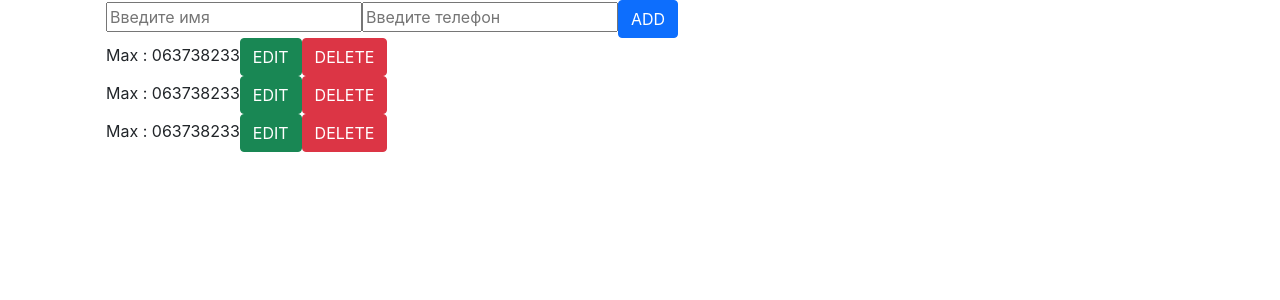
Repository: tsydikov/phone_book
Page: /
The author's editor kept a copy of each file at every save. The page is drawn from the files as they stood at one save, then again after the next save.
The browser window is 1280 px wide. The pictures show the whole page.
The project was rebuilt for these pictures with package versions that can differ from the ones it lists, and the page was loaded fresh each time. Also part of the build but not shown: src/App.css.

Above is the page before, as saved 2021-10-07 20:50:48.

### public/index.html
<!DOCTYPE html>
<html lang="en">
  <head>
    <meta charset="utf-8" />
    <meta name="viewport" content="width=device-width, initial-scale=1" />
    <meta name="theme-color" content="#000000" />
    <link
      rel="stylesheet"
      href="https://cdn.jsdelivr.net/npm/bootstrap@5.1.1/dist/css/bootstrap.min.css"
      integrity="sha384-F3w7mX95PdgyTmZZMECAngseQB83DfGTowi0iMjiWaeVhAn4FJkqJByhZMI3AhiU"
      crossorigin="anonymous"
    />
    <title>Briz test</title>
  </head>
  <body>
    <noscript>You need to enable JavaScript to run this app.</noscript>
    <div id="root"></div>
  </body>
</html>

### src/index.js
import React from "react";
import ReactDOM from "react-dom";
import "./index.css";
import App from "./App";
import { Provider } from "react-redux";
import { store } from "./store/reducer";



ReactDOM.render(
  <Provider store={store}>
    <App />
  </Provider>,
  document.getElementById("root")
);

### src/App.js
import React from "react";
import { Button, Col, Container, Row } from "react-bootstrap";
import { useDispatch, useSelector } from "react-redux";
import "./App.css";
import Form from "./components/Form";
import PhoneList from "./components/PhoneList";

function App() {
  const disatch = useDispatch();
  const phoneBook = useSelector((state) => state.phoneBook);
  return (
    <Container>
      <Row>
        <Col>
          <Form />
        </Col>
      </Row>
      <Row>
        <Col>
          <PhoneList />
        </Col>
      </Row>
    </Container>
  );
}

export default App;

### src/store/reducer.js
import { createStore } from "redux";
import { CREATE, DELETE, UPDATE } from "./types";

const defaultState = {
  phoneBook: [
    { id: 1, name: "Max", phoneNamber: "063738233" },
    { id: 2, name: "Max", phoneNamber: "063738233" },
    { id: 3, name: "Max", phoneNamber: "063738233" },
  ],
};

const reducer = (state = defaultState, action) => {
  switch (action.type) {
    case CREATE:
      return { ...state, phoneBook: [...state.phoneBook, action.payload] };
    case DELETE:
      return {
        ...state,
        phoneBook: state.phoneBook.filter(
          (phone) => phone.id !== action.payload
        ),
      };
    case UPDATE:
      return state;
    default:
      return state;
  }
};

export const store = createStore(reducer);

### src/components/Form.jsx
import React, { useState } from "react";
import { Button, Container } from "react-bootstrap";
import { useDispatch } from "react-redux";
import { addItem } from "../store/actions";

const Form = () => {
  const [name, setName] = useState("");
  const [phone, setPhone] = useState("");
  const dispatch = useDispatch();
  const addNewPhoneBookItem = () => {
    const newItem = {
      id: Date.now(),
      name: name,
      phoneNamber: phone,
    };
    if (name && phone) {
      dispatch(addItem(newItem));
      setName("");
      setPhone("");
    } else alert('поле имя и телефон должно быть заполнено')
  };
  return (
    <Container>
      <input
      type="text"
        value={name}
        placeholder="Введите имя"
        onChange={(e) => setName(e.target.value)}
      />
      <input
      type="number"
        value={phone}
        placeholder="Введите телефон"
        onChange={(e) => setPhone(e.target.value)}
      />
      <Button onClick={addNewPhoneBookItem}>ADD</Button>
    </Container>
  );
};

export default Form;

### src/components/PhoneList.jsx
import React from 'react';
import { useSelector } from 'react-redux';
import PhoneItem from './PhoneItem';

const PhoneList = () => {
    const phoneBook = useSelector((state) => state.phoneBook);
    return (
        <div>
            {phoneBook.map(phone =>
                <PhoneItem key={phone.id} phone={phone} />
            )}

        </div>
    );
};

export default PhoneList;

### src/store/types.js
export const CREATE = "CREATE";
export const UPDATE = "UPDATE";
export const DELETE = "DELETE";

### src/store/actions.js
import { CREATE, DELETE, UPDATE } from "./types";

export const addItem = (item) => ({ type: CREATE, payload: item });
export const deleteItem = (id) => ({ type: DELETE, payload: id });
export const updateItem = (item) => ({ type: UPDATE, payload: item });

### src/components/PhoneItem.jsx
import React from "react";
import { Button, Col, Container, Row } from "react-bootstrap";
import { useDispatch } from "react-redux";
import { deleteItem } from "../store/actions";

const PhoneItem = ({ phone }) => {
  const dispatch = useDispatch();
  const deletePhoneBookItem = () => {
    dispatch(deleteItem(phone.id));
  };
//   const editPhoneBookItem
  return (
    <Container>
      <Row>
        <Col>
          {phone.name} : {phone.phoneNamber}
          <Button variant="success">
            EDIT
          </Button>
          <Button variant="danger" onClick={deletePhoneBookItem}>
            DELETE
          </Button>
        </Col>
      </Row>
    </Container>
  );
};

export default PhoneItem;

Loaded but not shown: src/index.css (common file)

After the next save:
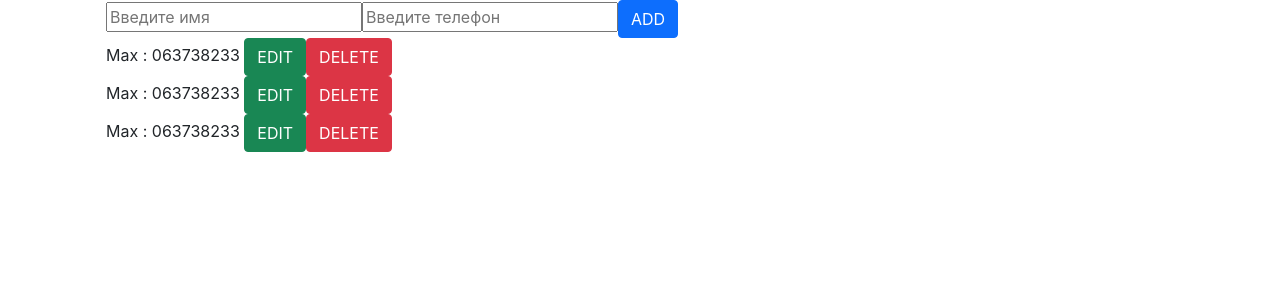
Saved 9 s later.
--- a/src/components/PhoneItem.jsx
+++ b/src/components/PhoneItem.jsx
@@ -13,7 +13,7 @@ const PhoneItem = ({ phone }) => {
     <Container>
       <Row>
         <Col>
-          {phone.name} : {phone.phoneNamber}
+          {phone.name} : {phone.phoneNamber}{" "}
           <Button variant="success">
             EDIT
           </Button>
